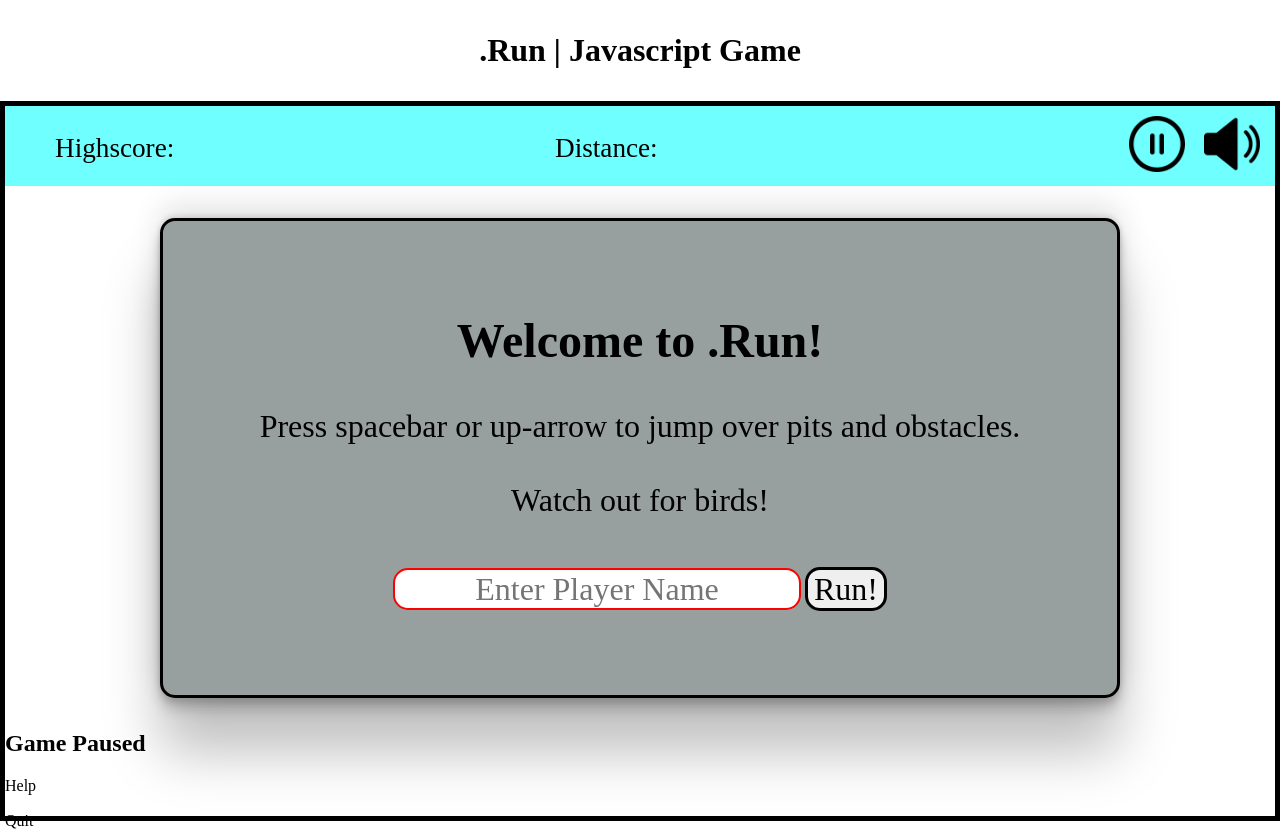
Repository: jellymel0n/bit-biker
Page: index.html
These files come from the project's save history. The page is drawn as it stood at one moment and after the next save; the edit follows.
The browser window is 1280 px wide. The pictures show the whole page.

Above is the page before, as saved 2021-07-05 10:21:41.

After the next save:
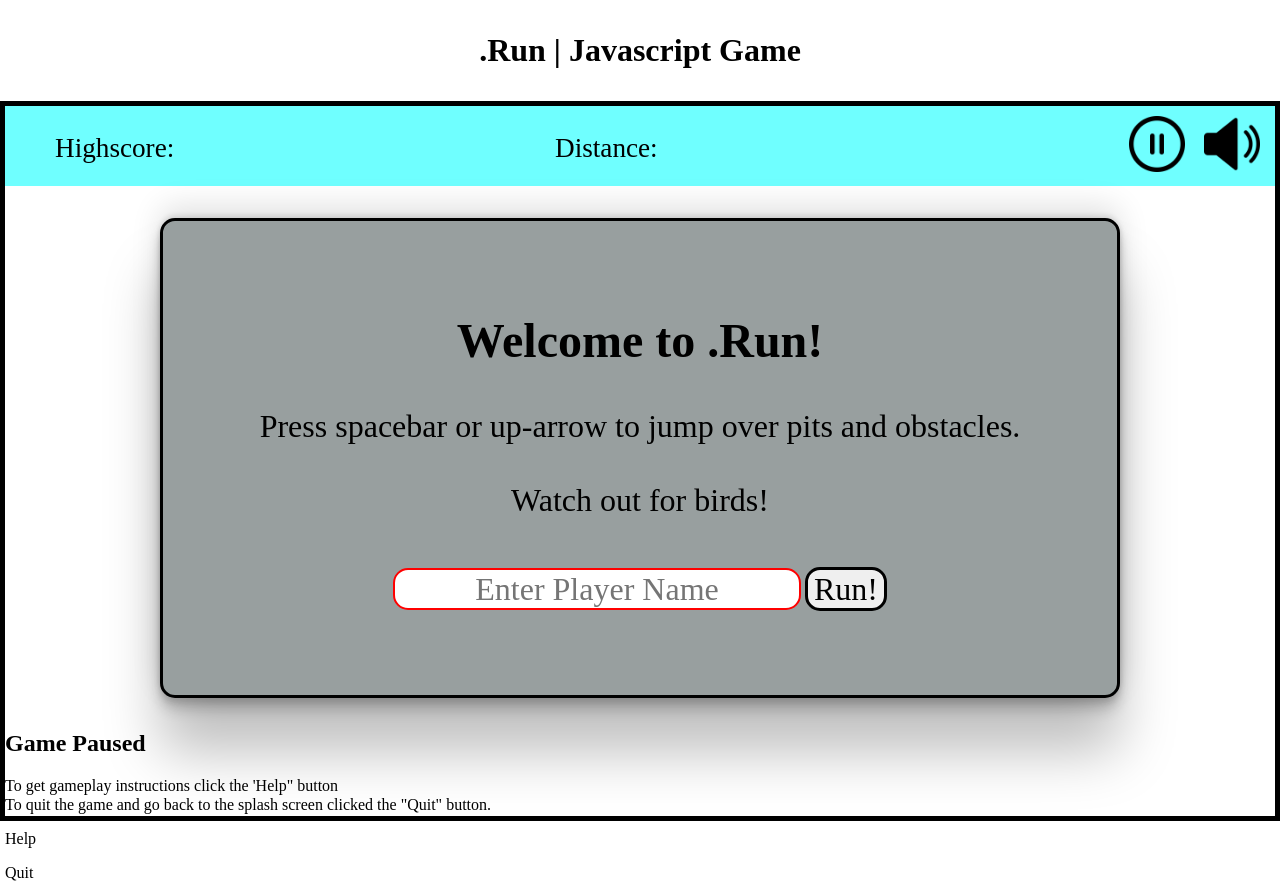
Saved 88 s later.
--- a/index.html
+++ b/index.html
@@ -45,7 +45,7 @@
         <!-- Pause Screen -->
         <div id="pause-screen">
             <h2>Game Paused</h2>
-
+            <p id='pause-text'>To get gameplay instructions click the 'Help" button<br>To quit the game and go back to the splash screen clicked the "Quit" button.</p>
             <div id="pause-btns">
                 <div id="help-btn">
                     <p id="help-text">Help</p>
